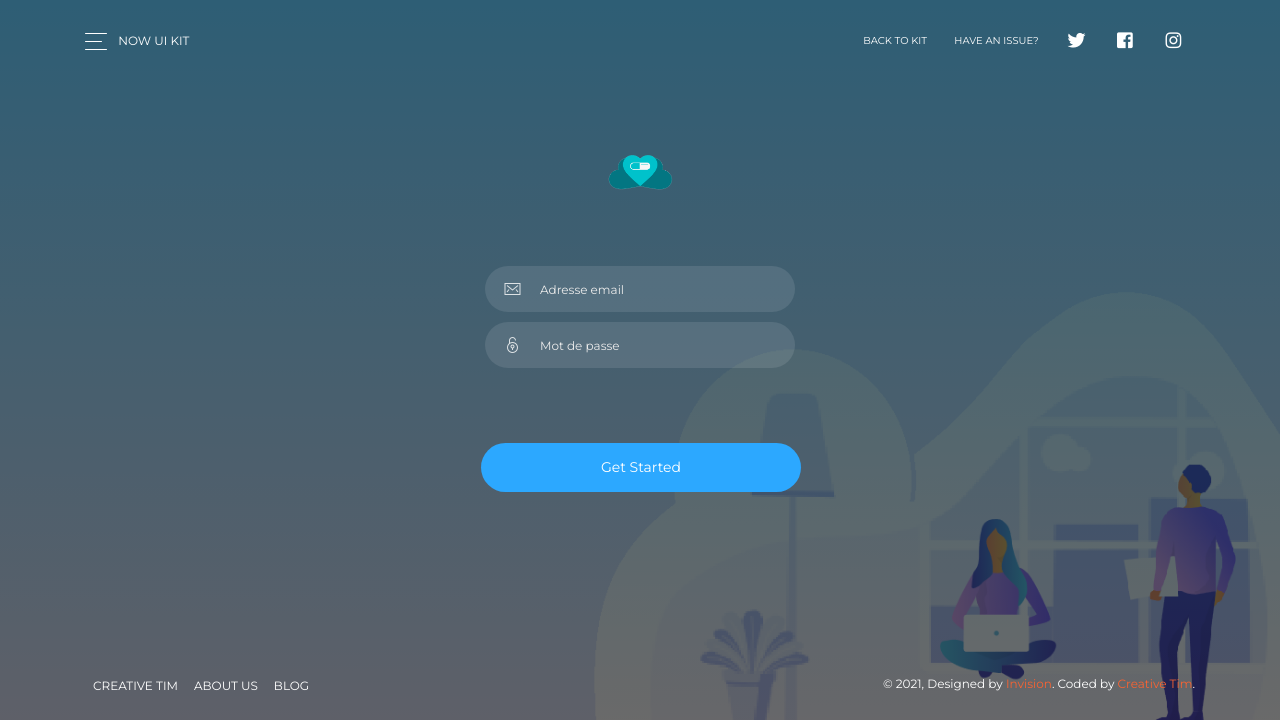
Repository: sdeschaepmeester/samanthawebsite
Page: /login-page
The author's editor kept a copy of each file at every save. The page is drawn from the files as they stood at one save, then again after the next save.
The browser window is 1280 px wide. The pictures show the whole page.
The project was rebuilt for these pictures with package versions that can differ from the ones it lists, and the page was loaded fresh each time. Also part of the build but not shown: src/assets/demo/nucleo-icons-page-styles.css, src/components/Navbars/IndexNavbar.js, src/components/Headers/IndexHeader.js, src/components/Footers/DarkFooter.js, src/views/index-sections/Images.js, src/views/index-sections/Introduction.js, src/views/index-sections/BasicElements.js, src/views/index-sections/Navbars.js and 19 more.

Above is the page before, as saved 2021-05-31 19:21:09.

After the next save:
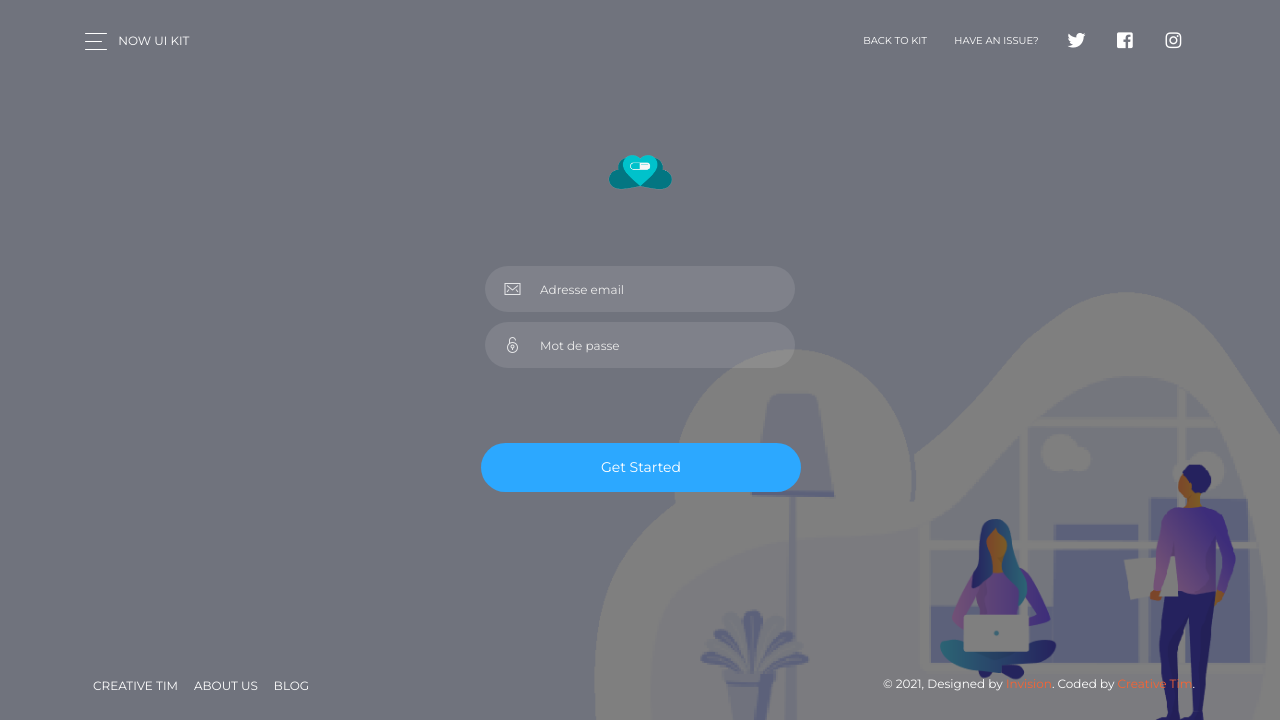
Saved 15 s later.
--- a/src/views/examples/LoginPage.js
+++ b/src/views/examples/LoginPage.js
@@ -37,7 +37,7 @@ function LoginPage() {
   return (
     <>
       <ExamplesNavbar />
-      <div className="page-header clear-filter" filter-color="blue">
+      <div className="page-header clear-filter" filter-color="white">
         <div
           className="page-header-image"
           style={{
